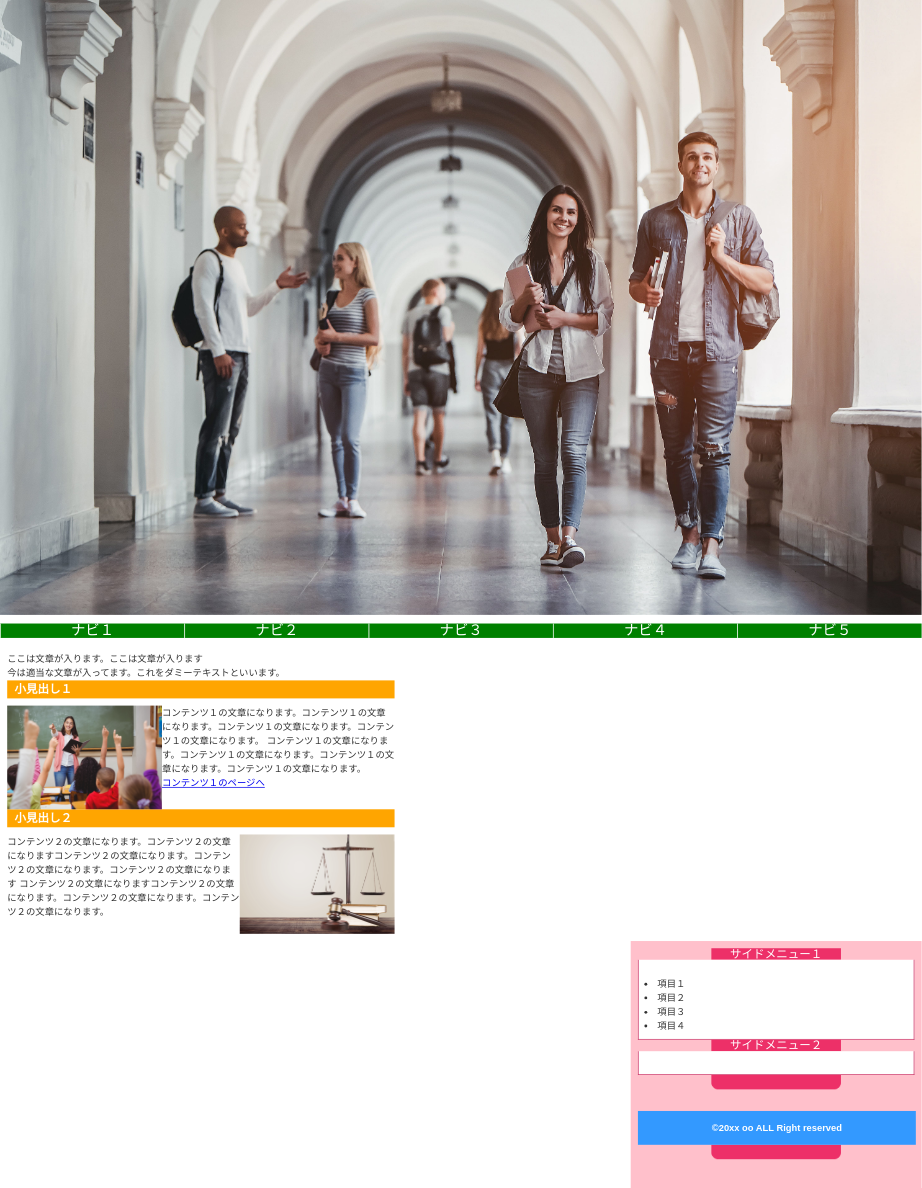
Repository: imhe07/samurai.html-css
Page: website.html
The author's editor kept a record of every edit. The page is drawn from the files as they stood at one moment, then again after the next edit.
The browser window is 1280 px wide. The pictures show the whole page, at 72% of full size.

Above is the page before.

After the next edit:
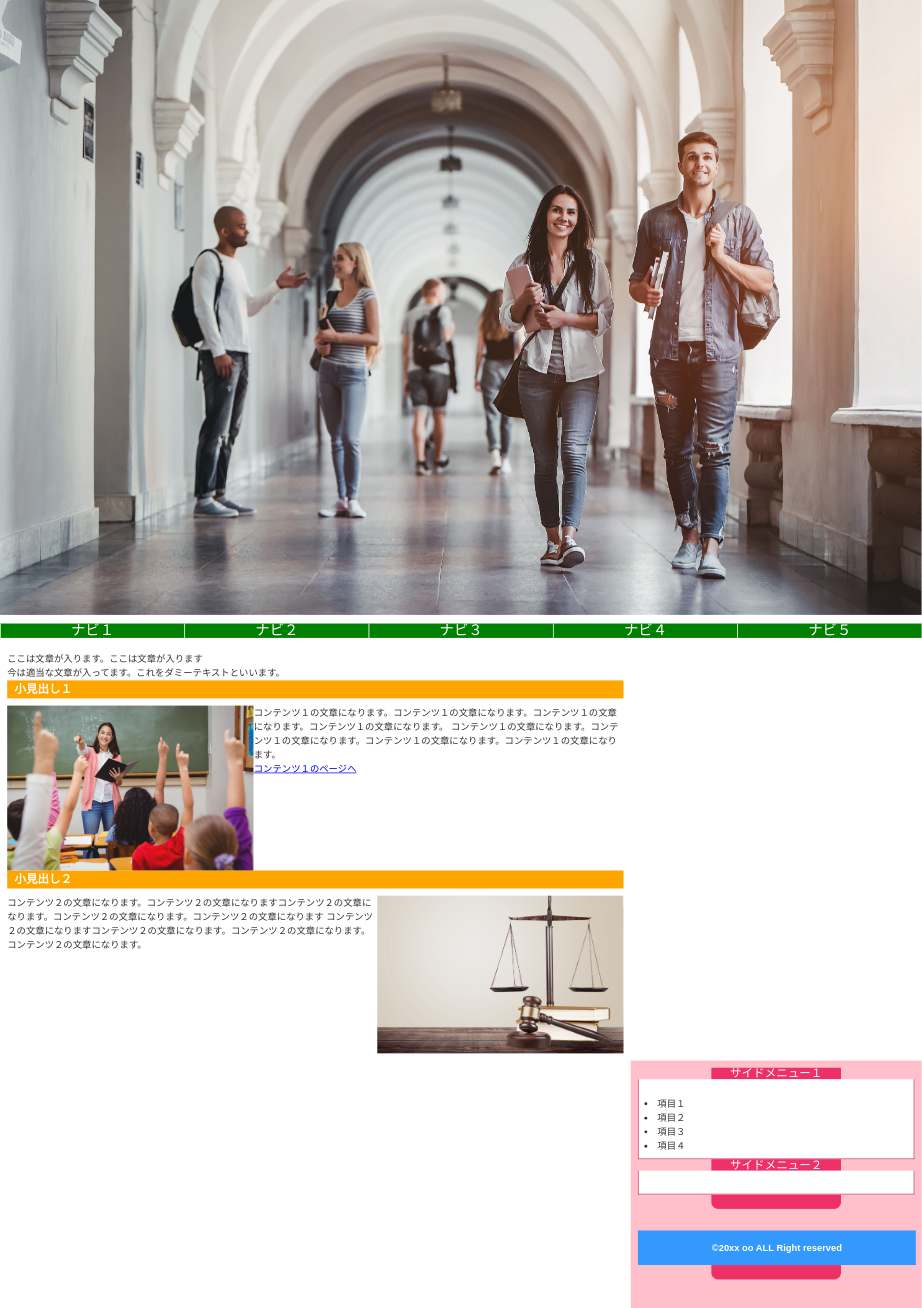
The edit:
--- a/stylesheet.css
+++ b/stylesheet.css
@@ -81,8 +81,7 @@
   grid-template-columns:70vw 30vw
 }
 #main{
-  width:60%;
-  float:left;
+  width:95;
   padding:10px 30px 10px 10px;
 }
 
